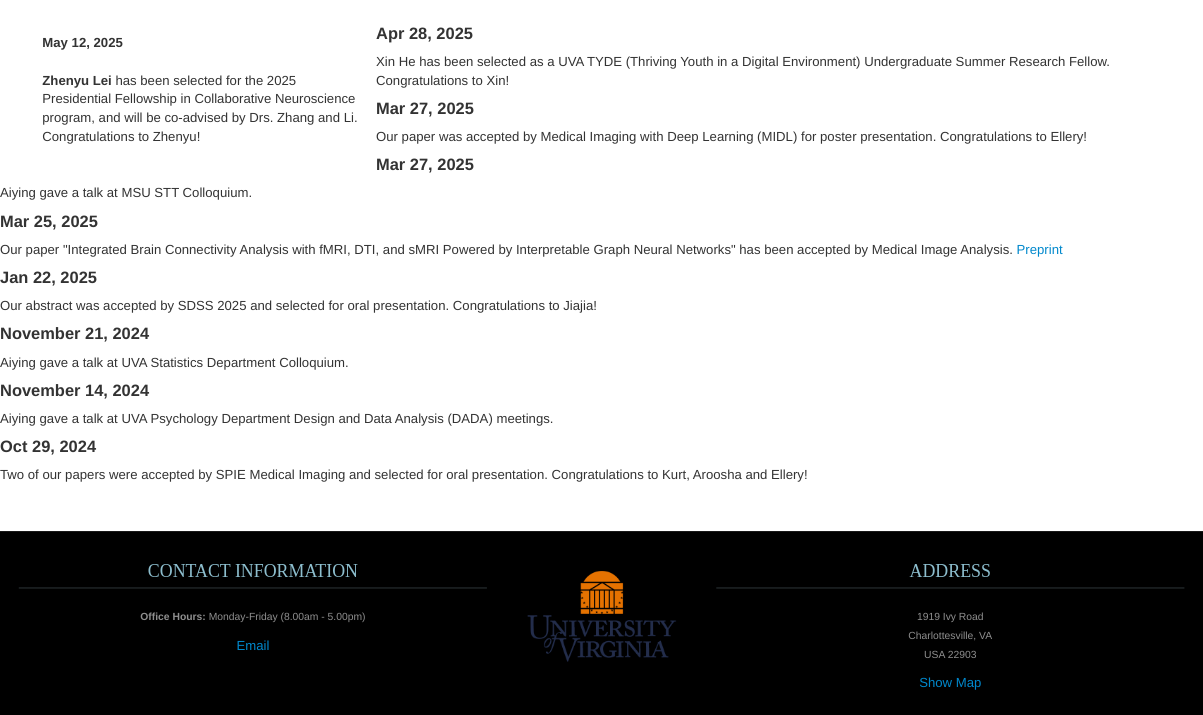
Repository: nbillab/nbillab.io
Page: news.html
These files come from the project's save history. The page is drawn as it stood at one moment and after the next save; the edit follows.
The browser window is 1280 px wide. The pictures show the whole page, at 94% of full size.

Above is the page before, as saved 2025-08-17 21:08:05.

### news.html
<!DOCTYPE html>
<html lang="en">
   <head>
      <meta charset="utf-8">
      <title>News</title>
      <meta name="viewport" content="width=device-width, initial-scale=1.0">
      <meta name="description" content="Research Lab, Home, Velit Aliquet Sagittis University">
      <meta name="author" content="">
      <!-- Le styles -->
      <link href="css/bootstrap.min.css" rel="stylesheet">
      <link href="css/bootstrap-responsive.min.css" rel="stylesheet">
      <link href="css/theme.css" rel="stylesheet">
   </head>
   <body>
            <div class="span4 feature-item">
                <h5><span class="date">May 12, 2025</span></h5>
                <p><strong>Zhenyu Lei</strong> has been selected for the 2025 Presidential Fellowship in Collaborative Neuroscience program, and will be co-advised by Drs. Zhang and Li. Congratulations to Zhenyu!</p>
                <br/>
            </div>

            <div class="news-container">
                <div class="news-item">
                    <h4>Apr 28, 2025</h4>
                    <p>Xin He has been selected as a UVA TYDE (Thriving Youth in a Digital Environment) Undergraduate Summer Research Fellow. Congratulations to Xin!</p>
                </div>

                <div class="news-item">
                    <h4>Mar 27, 2025</h4>
                    <p>Our paper was accepted by Medical Imaging with Deep Learning (MIDL) for poster presentation. Congratulations to Ellery!</p>
                </div>

                <div class="news-item">
                    <h4>Mar 27, 2025</h4>
                    <p>Aiying gave a talk at MSU STT Colloquium.</p>
                </div>

                <div class="news-item">
                    <h4>Mar 25, 2025</h4>
                    <p>Our paper "Integrated Brain Connectivity Analysis with fMRI, DTI, and sMRI Powered by Interpretable Graph Neural Networks" has been accepted by Medical Image Analysis. <a href="https://www.sciencedirect.com/science/article/pii/S1361841525001173">Preprint</a></p>
                </div>

                <div class="news-item">
                    <h4>Jan 22, 2025</h4>
                    <p>Our abstract was accepted by SDSS 2025 and selected for oral presentation. Congratulations to Jiajia!</p>
                </div>

                <div class="news-item">
                    <h4>November 21, 2024</h4>
                    <p>Aiying gave a talk at UVA Statistics Department Colloquium.</p>
                </div>

                <div class="news-item">
                    <h4>November 14, 2024</h4>
                    <p>Aiying gave a talk at UVA Psychology Department Design and Data Analysis (DADA) meetings.</p>
                </div>

                <div class="news-item">
                    <h4>Oct 29, 2024</h4>
                    <p>Two of our papers were accepted by SPIE Medical Imaging and selected for oral presentation. Congratulations to Kurt, Aroosha and Ellery!</p>
                </div>
            </div>
        </div>
    </div>
      <footer id="footer">
         <div class="container-fluid">
            <div class="row-fluid">
               <div class="span5">
                  <h3>Contact Information</h3>
                  <p><b>Office Hours: </b>Monday-Friday (8.00am - 5.00pm)</p>
                  <a href="mailto:xsa5db@virginia.edu">Email</a>
               </div>
               <div class="span2">
                  <a href="https://datascience.virginia.edu/"><img src = "images/UVA.png" alt="research-lab-logo"/></a>
               </div>
               <div class="span5">
                  <h3>Address</h3>
                  <p>1919 Ivy Road<br>
                     Charlottesville, VA<br>
                     USA 22903
                  </p>
                  <a href="http://maps.google.com/">Show Map</a>
               </div>
            </div>
         </div>
      </footer>


      <!-- Le javascript
         ================================================== -->
      <!-- Placed at the end of the document so the pages load faster -->
      <script src="js/jquery-1.9.1.min.js"></script>
      <script src="js/bootstrap.min.js"></script>
      <script>
         $(document).ready(function() {
             $(document.body).scrollspy({
                 target: "#navparent"
             });
         });
      </script>
   </body>
</html>

### css/theme.css
body {
	padding-top: 15px;
	padding-bottom: 0px;
}


/* Custom container */

.container {
	margin: 0 auto;
	max-width: 1000px;
}

.container>hr {
	margin: 20px 0
}


/* Customize the navbar links to be fill the entire space of the .navbar */

.navbar .navbar-inner {
	padding: 0
}

.navbar .nav {
	margin: 0;
	display: table;
	width: 100%;
}

.navbar .nav li {
	display: table-cell;
	width: 1%;
	float: none;
}

.navbar .nav li a {
	font-weight: bold;
	text-align: center;
	border-left: 1px solid rgba(255, 255, 255, .75);
	border-right: 1px solid rgba(0, 0, 0, .1);
}

.navbar .nav li:first-child a {
	border-left: 0;
	border-radius: 3px 0 0 3px;
}

.navbar .nav li:last-child a {
	border-right: 0;
	border-radius: 0 3px 3px 0;
}

body>.navbar {
	font-size: 13px
}


/* Change the docs' brand */

body>.navbar .brand {
	padding-right: 0;
	padding-left: 0;
	margin-left: 20px;
	float: right;
	font-weight: bold;
	color: #000;
	text-shadow: 0 1px 0 rgba(255, 255, 255, .1), 0 0 30px rgba(255, 255, 255, .125);
	-webkit-transition: all .2s linear;
	-moz-transition: all .2s linear;
	transition: all .2s linear;
}

body>.navbar .brand:hover {
	text-decoration: none;
	text-shadow: 0 1px 0 rgba(255, 255, 255, .1), 0 0 30px rgba(255, 255, 255, .4);
}


/* Sidenav for Docs
         -------------------------------------------------- */

@media screen and (max-width: 768px) {
	.bs-docs-sidenav {
		display: none !important;
	}
}

.bs-docs-sidenav {
	width: 228px;
	margin: 30px 0 0;
	padding: 0;
	background-color: #fff;
	-webkit-border-radius: 6px;
	-moz-border-radius: 6px;
	border-radius: 6px;
	-webkit-box-shadow: 0 1px 4px rgba(0, 0, 0, .065);
	-moz-box-shadow: 0 1px 4px rgba(0, 0, 0, .065);
	box-shadow: 0 1px 4px rgba(0, 0, 0, .065);
}

.bs-docs-sidenav>li>a {
	display: block;
	width: 200px;
	margin: 0 0 -1px;
	padding: 8px 14px;
	border: 1px solid #e5e5e5;
}

.bs-docs-sidenav>li>a.subhead {
	display: block;
	width: 168px;
	margin: 0 0 -1px;
	padding: 8px 30px;
	border: 1px solid #e5e5e5;
	font-size: 12px;
}

.bs-docs-sidenav>li:first-child>a {
	-webkit-border-radius: 6px 6px 0 0;
	-moz-border-radius: 6px 6px 0 0;
	border-radius: 6px 6px 0 0;
}

.bs-docs-sidenav>li:last-child>a {
	-webkit-border-radius: 0 0 6px 6px;
	-moz-border-radius: 0 0 6px 6px;
	border-radius: 0 0 6px 6px;
}

.bs-docs-sidenav>.active>a {
	position: relative;
	z-index: 2;
	padding: 9px 15px;
	border: 0;
	text-shadow: 0 1px 0 rgba(0, 0, 0, .15);
	-webkit-box-shadow: inset 1px 0 0 rgba(0, 0, 0, .1), inset -1px 0 0 rgba(0, 0, 0, .1);
	-moz-box-shadow: inset 1px 0 0 rgba(0, 0, 0, .1), inset -1px 0 0 rgba(0, 0, 0, .1);
	box-shadow: inset 1px 0 0 rgba(0, 0, 0, .1), inset -1px 0 0 rgba(0, 0, 0, .1);
}

.bs-docs-sidenav>li>a:hover {
	background-color: #f5f5f5
}

.bs-docs-sidenav a:hover .icon-chevron-right {
	opacity: .5
}

.bs-docs-sidenav.affix {
	top: 10px
}

.bs-docs-sidenav.affix-bottom {
	position: absolute;
	top: auto;
	bottom: 270px;
}


/* Responsive
         -------------------------------------------------- */

.affix {
	top: 0px
}

#media {
	margin-top: 70px
}

#media .header {
	margin-left: 0;
	margin-bottom: 56px;
	margin-top: 30px;
}

#media .post_row {
	margin-left: 0;
	margin-bottom: 40px;
}

#media .lastpost_row {
	margin-bottom: 0
}

#media .post_row .post {
	background: #fff;
	/*margin-left: 0;;
    margin-right: 20px;*/
	border-radius: 4px;
	box-shadow: 1px 1px 2px 0px #E0E0E0;
	width: 487px;
	height: 616px;
}

#media .post_row .last {
	margin-right: 0
}

#media .post_row .post .img {
	position: relative;
	text-align: center;
}

#media .post_row .post .img .date {
	background: #E8554E;
	position: absolute;
	padding: 2px 5px;
	top: 0;
	left: 11px;
}

#media .post_row .post .img .date p {
	color: #fff;
	font-size: 14px;
	font-weight: bold;
	font-style: italic;
	margin: 0;
}

#media .post_row .post .img img {
	height: 275px;
	width: 410px;
}

#media .post_row .post .text {
	margin: 18px auto 0;
	width: 83%;
}

#media .post_row .post .text h5 {
	margin: 0 0 8px 0;
	font-size: 20px;
	line-height: 23px;
}

#media .post_row .post .text h5 a {
	color: #333
}

#media .post_row .post .text span.date {
	color: #9F9F9F;
	display: block;
	margin-bottom: 12px;
	font-style: italic;
	font-size: 13px;
}

#media .post_row .post .text p {
	margin: 0;
	line-height: 21px;
	font-size: 14px;
}

#media .post_row .post .author_box {
	margin: 12px auto 20px;
	border-top: 1px solid #EDEDED;
	overflow: hidden;
	text-align: left;
	width: 85%;
	padding-top: 12px;
}

#media .post_row .post .author_box h6 {
	margin: 0 0 3px 0;
	font-size: 13px;
	line-height: 15px;
	font-style: italic;
	font-weight: normal;
	color: #B2B2B2;
}

#media .post_row .post .author_box p {
	color: #B2B2B2;
	font-style: italic;
	font-size: 13px;
	line-height: 14px;
	margin: 0;
}

#media .post_row .post .author_box img {
	float: right
}

#media .post_row .post a.plus_wrapper {
	width: 99%;
	text-align: center;
	background: #fff;
	display: none;
	border-radius: 0px 0px 4px 4px;
	padding: 6px 0px 2px;
	margin: 0 auto 1px;
}

#media .post_row .post a.plus_wrapper span {
	color: #1189D9;
	font-size: 30px;
	font-weight: bold;
}

#media .post_row .post:hover a.plus_wrapper {
	display: block
}

#media .post_row .post:hover {
	box-shadow: 0px 1px 5px 1px rgb(216, 216, 216)
}

#media .post_row .post:hover .text h5 a {
	color: #1189D9
}

.map .box_wrapp {
	position: absolute;
	margin: 15px auto;
	box-shadow: 0 0 7px 0 rgba(26, 26, 26, 0.4);
	padding: 30px 0 30px;
	background: white;
	border-radius: 4px;
	margin-top: 25px;
}

.map .box_wrapp .box_cont {
	margin: 30px auto;
	width: 76%;
}

.section-header {
	text-align: center;
	margin-bottom: 35px;
}

.section-header h1,
.title-text {
	font-weight: bold;
	font-size: 30px;
	margin: 12.5px 0;
	font-weight: 100;
	margin-bottom: 25px;
	line-height: 55px;
}

.feature-item:hover {
	box-shadow: 0px 1px 5px 1px rgb(216, 216, 216)
}

.feature-item img {
	margin-left: 15px;
	margin-right: 15px;
	max-width: 90%;
	height: 200px;
}

.feature-item h5 {
	margin-left: 15px;
	margin-right: 15px;
	margin-top: 20px;
	margin-bottom: 20px;
}

.feature-item p {
	margin-left: 15px;
	margin-right: 15px;
}

.feature-heading {
	margin-top: 20px;
	margin-bottom: 20px;
	margin-left: 15px;
	margin-right: 15px;
}

.feature-heading a:hover {
	text-decoration: none;
}

.feature-button {
	font-size: 16px;
	background-image: none;
	box-shadow: none;
	margin-bottom: 10px;
}

.centered {
	text-align: center;
}

.subhead {
	text-align: left;
	border-bottom: 1px solid #ddd;
}

.jumbotron {
	position: relative;
	padding: 45px 0px 35px 0px;
	color: #fff;
	text-align: center;
	text-shadow: 0 1px 3px rgba(0, 0, 0, .4), 0 0 30px rgba(0, 0, 0, .075);
	background: #30393C;
	background: -moz-linear-gradient(45deg, #30393C 0%, #000000 100%);
	background: -webkit-gradient(linear, left bottom, right top, color-stop(0%, #30393C), color-stop(100%, #30393C));
	background: -webkit-linear-gradient(45deg, #30393C 0%, #000000 100%);
	background: -o-linear-gradient(45deg, #30393C 0%, #000000 100%);
	background: -ms-linear-gradient(45deg, #30393C 0%, #000000 100%);
	background: linear-gradient(45deg, #30393C 0%, #000000 100%) repeat;
	-webkit-box-shadow: inset 0 3px 7px rgba(0, 0, 0, .2), inset 0 -3px 7px rgba(0, 0, 0, .2);
	-moz-box-shadow: inset 0 3px 7px rgba(0, 0, 0, .2), inset 0 -3px 7px rgba(0, 0, 0, .2);
	box-shadow: inset 0 3px 7px rgba(0, 0, 0, .2), inset 0 -3px 7px rgba(0, 0, 0, .2);
}

.jumbotron:after {
	content: '';
	display: block;
	position: absolute;
	top: 0;
	right: 0;
	bottom: 0;
	left: 0;
	opacity: .4;
}

.lead {
	margin-bottom: 0px;
	font-size: 21px;
	font-weight: 200;
	line-height: 15px;
}

img.float-left {
	float: left;
	margin-top: 9px;
	margin-left: 0px;
	margin-right: 30px;
	margin-bottom: 12px;
}

img.float-right {
	float: right;
	margin-top: 9px;
	margin-right: 0px;
	margin-bottom: 12px;
	margin-left: 30px;
}

img.publications-thumb {
	width: 142px;
	height: 188px;
}

.caption {
	margin: 10px;
}

.responsive-video {
	position: relative;
	padding-bottom: 56.25%;
	padding-top: 60px;
	overflow: hidden;
}

.responsive-video iframe,
.responsive-video object,
.responsive-video embed {
	position: absolute;
	top: 0;
	left: 0;
	width: 93.5%;
	height: 93.5%;
}

.video-caption {
	margin: 10px;
}

.accordion {
	margin-bottom: 20px;
	margin-right: 40px;
}

.thumbnail>img.sponsor {
	width: 212px;
	height: 150px;
}

img.carousel-image {
	width: 100%;
}

li.publication {
	margin-bottom: 20px;
}

.page-header h3 a:hover {
	text-decoration: none;
}

iframe.map-frame {
	border: none;
	overflow: hidden;
	margin-top: 10px;
	margin-bottom: 10px;
	margin-left: 0px;
	margin-right: 0px;
	height: 550px;
	width: 100%;
}

ul.sponsors {
	margin-top: 40px;
	margin-bottom: 40px;
}

#footer {
	z-index: 10;
	margin-top: 50px;
	margin-bottom: 0px;
	padding-bottom: 25px;
	border-top-width: 8px;
	border-top-style: solid;
	border-top-color: #2F2F2F;
	background-color: #000000;
	border: 0;
	font-size: 100%;
	font: inherit;
	vertical-align: baseline;
	text-align: center;
}

#footer h3 {
	font-size: 19px;
	text-transform: uppercase;
	font-family: BebasNeueRegular;
	color: #8DBECE;
	border-bottom-width: 1px;
	border-bottom-style: solid;
	border-bottom-color: #30393C;
	line-height: 35px;
	margin-bottom: 20px;
	margin-top: 25px;
	font-weight: normal;
}

#footer a img {
	margin-top: 40px;
}

#footer p,
#footer address {
	color: #8F8F8F;
	font-size: 11px;
}

Loaded but not shown: css/bootstrap.min.css (library); css/bootstrap-responsive.min.css (library); js/jquery-1.9.1.min.js (library); js/bootstrap.min.js (library)

After the next save:
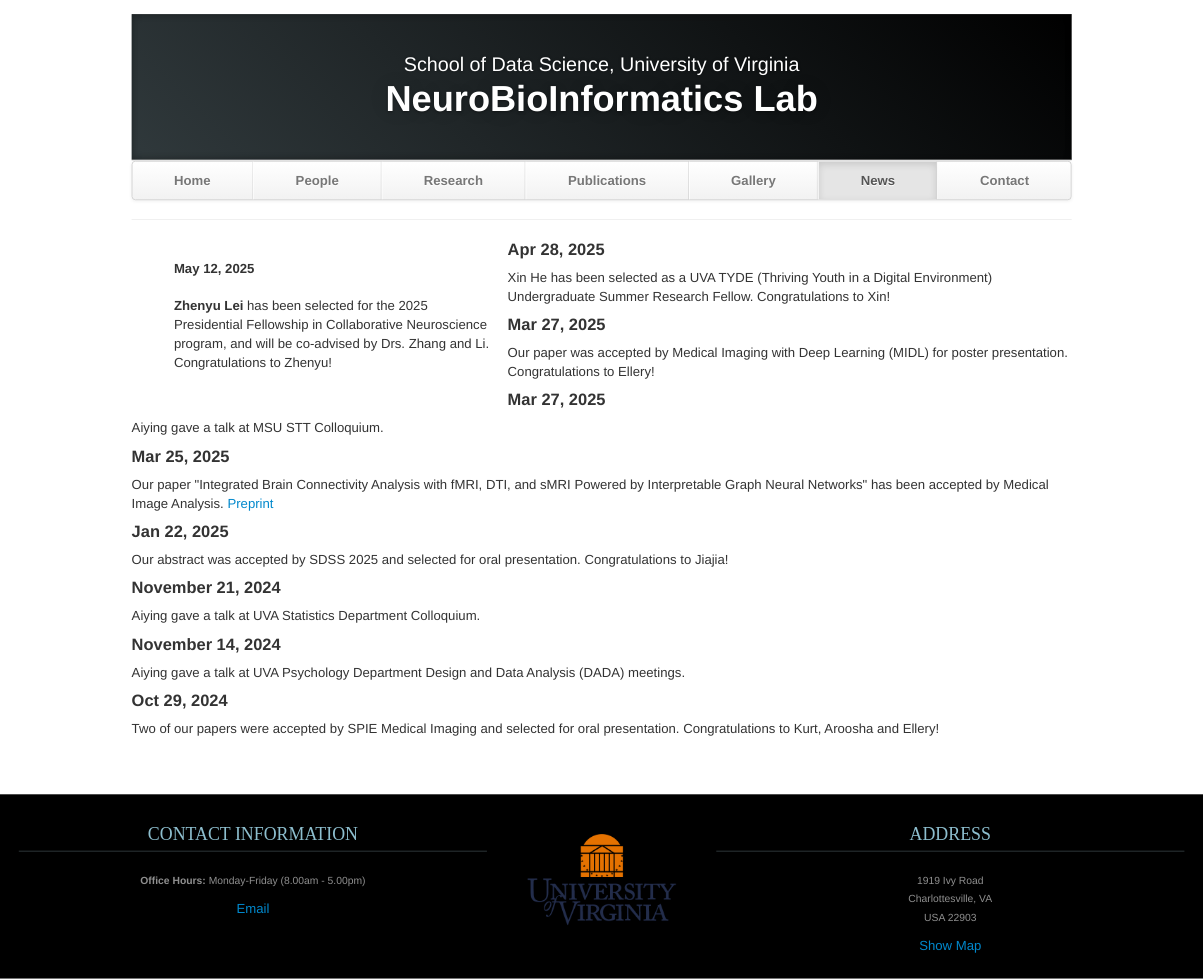
Saved 26 s later.
--- a/news.html
+++ b/news.html
@@ -12,6 +12,29 @@
       <link href="css/theme.css" rel="stylesheet">
    </head>
    <body>
+      <div class="container">
+         <header class="jumbotron subhead" id="overview">
+            <p class="lead"> School of Data Science, University of Virginia </p>
+            <h1>NeuroBioInformatics Lab</h1>
+         </header>
+         <div class="masthead">
+            <div class="navbar">
+               <div class="navbar-inner">
+                  <div class="container">
+                     <ul class="nav">
+                        <li><a href="index.html">Home</a></li>
+                        <li><a href="people.html">People</a></li>
+                        <li><a href="research.html">Research</a></li>
+                        <li><a href="publications.html">Publications</a></li>
+                        <li><a href="gallery.html">Gallery</a></li>
+                        <li class="active"><a href="#">News</a></li>
+                        <li><a href="contact.html">Contact</a></li>
+                     </ul>
+                  </div>
+               </div>
+            </div>
+         </div>
+         <hr>
             <div class="span4 feature-item">
                 <h5><span class="date">May 12, 2025</span></h5>
                 <p><strong>Zhenyu Lei</strong> has been selected for the 2025 Presidential Fellowship in Collaborative Neuroscience program, and will be co-advised by Drs. Zhang and Li. Congratulations to Zhenyu!</p>
@@ -61,6 +84,7 @@
             </div>
         </div>
     </div>
+      </div>
       <footer id="footer">
          <div class="container-fluid">
             <div class="row-fluid">
